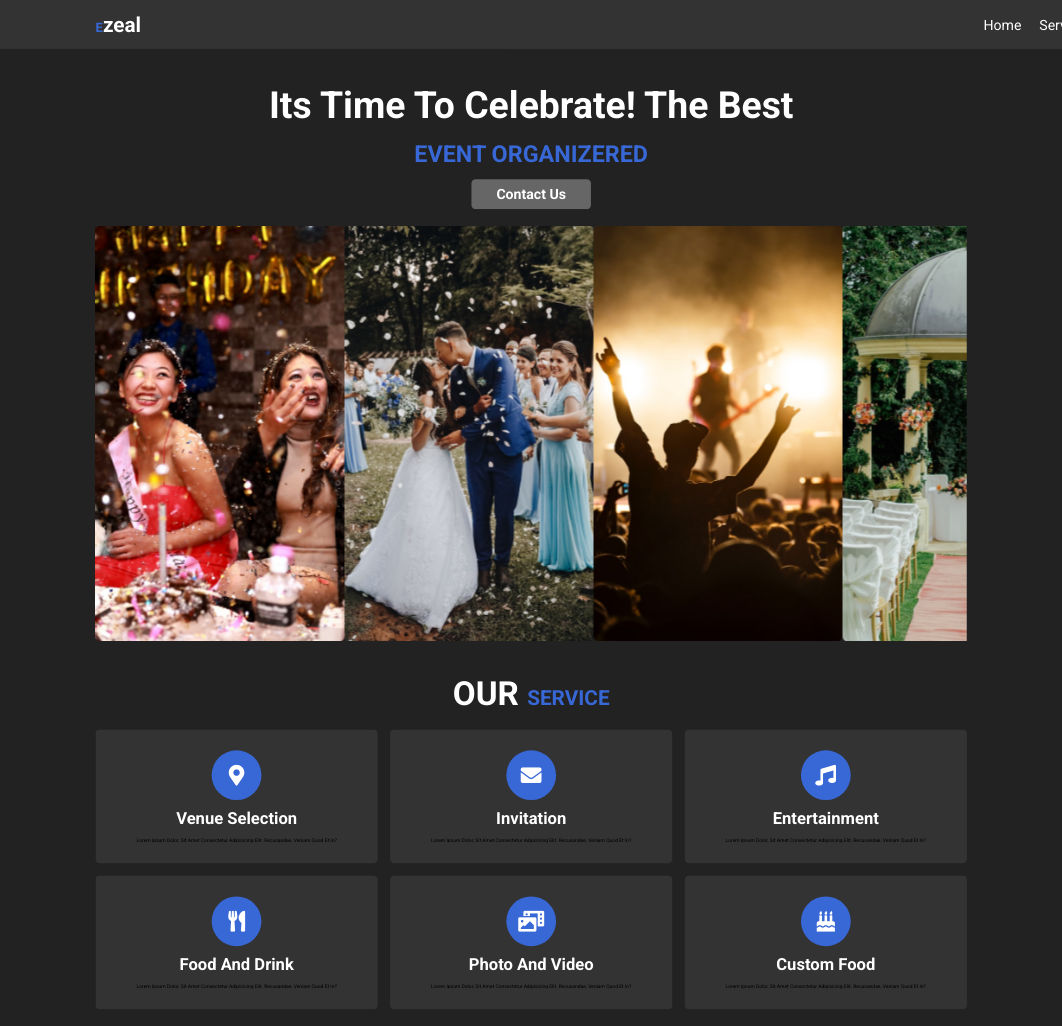
Repository: Jayce1607/First-clone
Page: html/index.html
An editor plug-in stored every save of this project. The page is shown before and after the next save, followed by the edit.
The browser window is 1280 px wide. The pictures show the whole page, at 83% of full size.

Above is the page before, as saved 2021-08-26 19:10:52.
Console error: ReferenceError: Swiper is not defined

### html/index.html
<!DOCTYPE html>
<html lang="en">
<head>
  <meta charset="UTF-8">
  <meta http-equiv="X-UA-Compatible" content="IE=edge">
  <meta name="viewport" content="width=device-width, initial-scale=1.0">
  <title>Event Organizer Website Design Using HTML - CSS - Javascript </title>
  <link rel="stylesheet" href="../css/reset.css">
  <link rel="stylesheet" href="../css/app.css">
  <link
  rel="stylesheet"
  href="https://unpkg.com/swiper@7/swiper-bundle.min.css"
/>
  <link rel="stylesheet" href="https://cdnjs.cloudflare.com/ajax/libs/font-awesome/5.15.4/css/all.min.css">
  <link rel="preconnect" href="https://fonts.googleapis.com">
<link rel="preconnect" href="https://fonts.gstatic.com" crossorigin>
<link href="https://fonts.googleapis.com/css2?family=Roboto:ital,wght@0,100;0,300;0,400;0,500;0,700;0,900;1,900&display=swap" rel="stylesheet">

</head>
<body>
  <!-- header start -->
  <header class="header">
    <a href="#" class="logo"><span>E</span>zeal</a>
    <nav class="navbar">
      <a href="#home">Home</a>
      <a href="#service">Service</a>
      <a href="#about">about</a>
      <a href="#galery">galery</a>
      <a href="#price">price</a>
      <a href="#contact">Contact</a>
    </nav>
    <div id="menu-bars" class="fa fa-bars"></div>
  </header>

  <!-- header end  -->
  <!-- home section start -->
  <section class="home" id="home">
    <div class="content">
      <h3>its time to celebrate! the best <span>event organizered</span></h3>
      <a href="#" class="btn">Contact Us</a>
    </div>
    <div class="swiper mySwiper home-slider ">
      <div class="swiper-wrapper wrapper">
        <div class="swiper-slide">
          <img src="../images/slide-1.jpg" alt="">
        </div>
        <div class="swiper-slide">
          <img src="../images/slide-2.jpg" alt="">
        </div>
        <div class="swiper-slide">
          <img src="../images/slide-3.jpg" alt="">
        </div>
        <div class="swiper-slide">
          <img src="../images/slide-4.jpg" alt="">
        </div>
        <div class="swiper-slide">
          <img src="../images/slide-5.jpg" alt="">
        </div>
      </div>
    </div>
  </section>
  <!-- home section end -->
<!-- service section start -->
  <section class="service" id="service">
    <h1 class="heading">Our <span>Service</span></h1>
    <div class="box-container">
      <div class="box">
        <i class="fas fa-map-marker-alt"></i>
        <h3>Venue selection </h3>
        <p>Lorem ipsum dolor, sit amet consectetur adipisicing elit. Recusandae, veniam quod et in?</p>
      </div>
      <div class="box">
        <i class="fas fa-envelope"></i>
        <h3>Invitation </h3>
        <p>Lorem ipsum dolor, sit amet consectetur adipisicing elit. Recusandae, veniam quod et in?</p>
      </div>
      <div class="box">
        <i class="fas fa-music"></i>
        <h3>Entertainment </h3>
        <p>Lorem ipsum dolor, sit amet consectetur adipisicing elit. Recusandae, veniam quod et in?</p>
      </div>
      <div class="box">
        <i class="fas fa-utensils"></i>
        <h3>Food and Drink</h3>
        <p>Lorem ipsum dolor, sit amet consectetur adipisicing elit. Recusandae, veniam quod et in?</p>
      </div>
      <div class="box">
        <i class="fas fa-photo-video"></i>
        <h3>Photo and Video</h3>
        <p>Lorem ipsum dolor, sit amet consectetur adipisicing elit. Recusandae, veniam quod et in?</p>
      </div>
      <div class="box">
        <i class="fas fa-birthday-cake"></i>
        <h3>Custom Food</h3>
        <p>Lorem ipsum dolor, sit amet consectetur adipisicing elit. Recusandae, veniam quod et in?</p>
      </div>
    </div>
  </section>
<!-- service section end -->

  <script src="../javascript/starter.js"></script>
  <script src="https://unpkg.com/swiper@7/swiper-bundle.min.js"></script>
</body>
</html>

### css/reset.css
:root{
  --main-color:#3867d6;

}
*{
  margin: 0;
  padding: 0;
  border: 0;
  font-size: 100%;
  text-decoration: none;
  text-transform: capitalize;
  transition: .2s linear;
  font-family: 'Roboto', sans-serif;

 }
html, body, div, span, applet, object, iframe,h1, h2, h3, h4, h5, h6, p{
  margin: 0;
  padding: 0;
  border: 0;
  font-size: 62.5%;
  font-family: 'Roboto', sans-serif;
  overflow-x: hidden;
  scroll-padding-top: 7rem;
  scroll-behavior: smooth;
}
html::-webkit-scrollbar{
  width: 1rem;
}
html::-webkit-scrollbar-track{
background: #444;
}
html::-webkit-scrollbar-thumb{
  background: var(--main-color);
  border-radius: 5rem;
}
body{
  background-color: #222;
}
ol, ul {
  list-style: none;
}
img{
  object-fit: cover;
  max-width: 100%;
  width: 100%;
}
section{
  padding: 2rem 9%;
}
.heading{
  text-align: center;
  padding-bottom: 2rem;
  color: #fff;
  text-transform: uppercase;
  font-size: 4rem;
}
.heading span{
  color: var(--main-color);
  text-transform: uppercase;
}

### css/app.css
.header {
  position: fixed;
  top: 0;
  left: 0;
  right: 0;
  z-index: 1000;
  background-color: #333;
  display: flex;justify-content: space-between;
  align-items: center;
  padding: 1.5rem 9%;
}
.header .logo{
  font-weight: bolder;
  font-size: 2.5rem;
  color: #fff;
}
.header .logo span{
  color:var(--main-color);
}
.header .navbar a{
  font-size: 1.7rem;
  color: #fff;
 margin-left: 2rem;
}
.header .navbar a:hover{
  color: var(--main-color);
}
#menu-bars{
  font-size: 3rem;
  color: #fff;
  cursor: pointer;
  display: none;
}
.btn{
  margin-top: 1rem;
  display: inline-block;
  padding: 0.8rem 3rem;
  font-size: 1.7rem;
  border-radius: .5rem;
  border: 0;
  background: #666;
  color: #fff;
  cursor: pointer;
  font-weight: 600;
}
.btn:hover{
  background-color: var(--main-color);
}
/* home section */
.home{
 /* margin-top: 6rem; */

}
.home .content {
  text-align: center;
  padding-top: 6rem;
  margin: 2rem auto;
  max-width: 70rem;
}
.home .content h3{
  font-size: 4.5rem;
  text-align: center;
  color: #fff;
}
.home .content h3 span{
  color: var(--main-color);
  text-transform: uppercase;
}
.home .home-slider .swiper-slide{
  overflow: hidden;
  border-radius: .5rem;
  height: 50rem;
  width: 30rem;
}
.home .home-slider .swiper-slide img{
  width: 100%;
  height: 100%;
  object-fit: cover;
}
/* services */
.service .box-container{
  display: grid;
  grid-template-columns: repeat(auto-fit,minmax(27rem,1fr));
  grid-gap: 1.5rem;
}
.service .box-container .box{
  border-radius: .5rem;
  background-color: #333;
  text-align: center;
  padding: 2.5rem;
}
.service .box-container .box i{
  height: 6rem;
  width: 6rem;
  line-height: 6rem;
  border-radius: 50%;
  font-size: 2.5rem;
  color: #fff;
  background: var(--main-color);
}
.service .box-container .box h3{
  font-size: 2rem;
  color: #fff;
  padding: 1rem 0;
}




























/* media queries */
@media (max-width:991px){
  html{
    font-size: 55%;
  }
  .header{
    padding: 1.5rem 2rem;
  }
  section{
    padding: 2rem;
  }

}
@media (max-width:767px){
  .header #menu-bars{
    display: initial;
  }
  .header .navbar{
    position: absolute;
    top: 100%;
    right: 0;
    bottom: 0;
    left: 0;
    border-top: .1px solid #222;
    background-color: #333;
    transform: translateX(100%);
    opacity: 0;
    transition: opacity .5s linear;
  }
  .header .navbar.active{
    transform: translateX(0);
    opacity: 1;
  }
  .fa-times{
    transform: rotate(180deg);
  }
  .header .navbar a{
    display: flex;

    padding: 1.3rem;
    border-radius: .5rem;
    margin: 1.3rem;
    font-size: 1.5rem;
    background:#444;

  }
  .home .content h3{
    font-size: 4rem;
  }
}
@media (max-width:450px){
  html{
    font-size: 50%;
  }
  .home .home-slider .swiper-slide{
    width: 27rem;
  }


}

### javascript/starter.js
const menu=document.querySelector("#menu-bars");
let navbar=document.querySelector(".navbar");
// menu.addEventListener("click",function(e){
//   navbar.style. clipPath="";
// })
menu.addEventListener("click",function(e){
  e.target.classList.toggle("fa-times");
  navbar.classList.toggle("active")
})

window.onscroll=()=>{
  menu.classList.remove("fa-times")
  navbar.classList.remove("active")

}


// slider
var swiper = new Swiper(".home-slider", {
  effect: "coverflow",
  grabCursor: true,
  centeredSlides: true,
  slidesPerView: "auto",
  coverflowEffect: {
    rotate: 0,
    stretch: 0,
    depth: 100,
    modifier: 2,
    slideShadows: true,
  },
  loop:true,
  autoplay:{
    delay:3000,
    disableOnInteraction:false,
  }
});
// end Slider

After the next save:
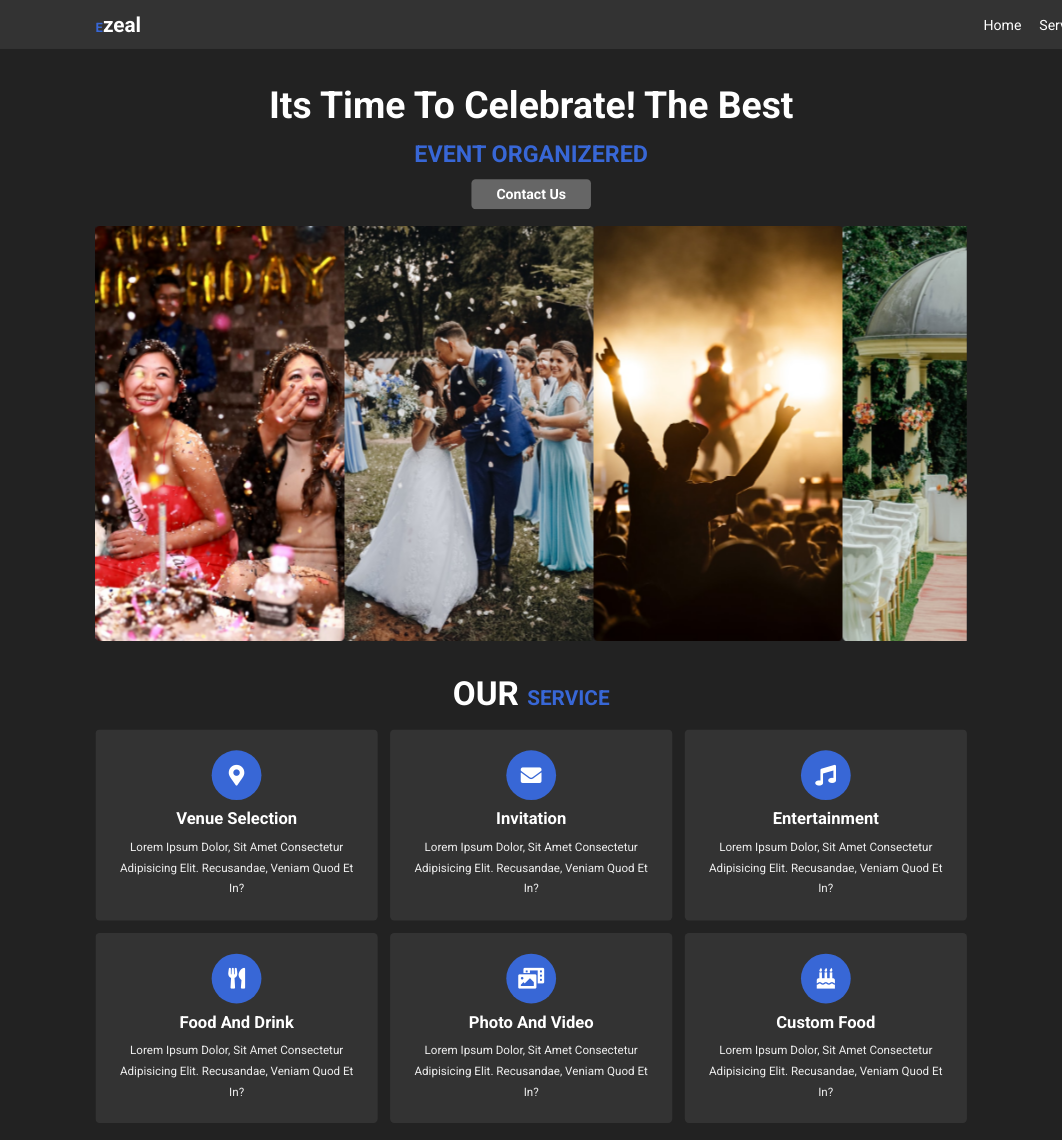
Saved 46 s later.
--- a/css/app.css
+++ b/css/app.css
@@ -103,6 +103,11 @@
   color: #fff;
   padding: 1rem 0;
 }
+.service .box-container .box p{
+  font-size: 1.4rem;
+  color: #eee;
+ line-height: 1.8;
+}
 
 
 
